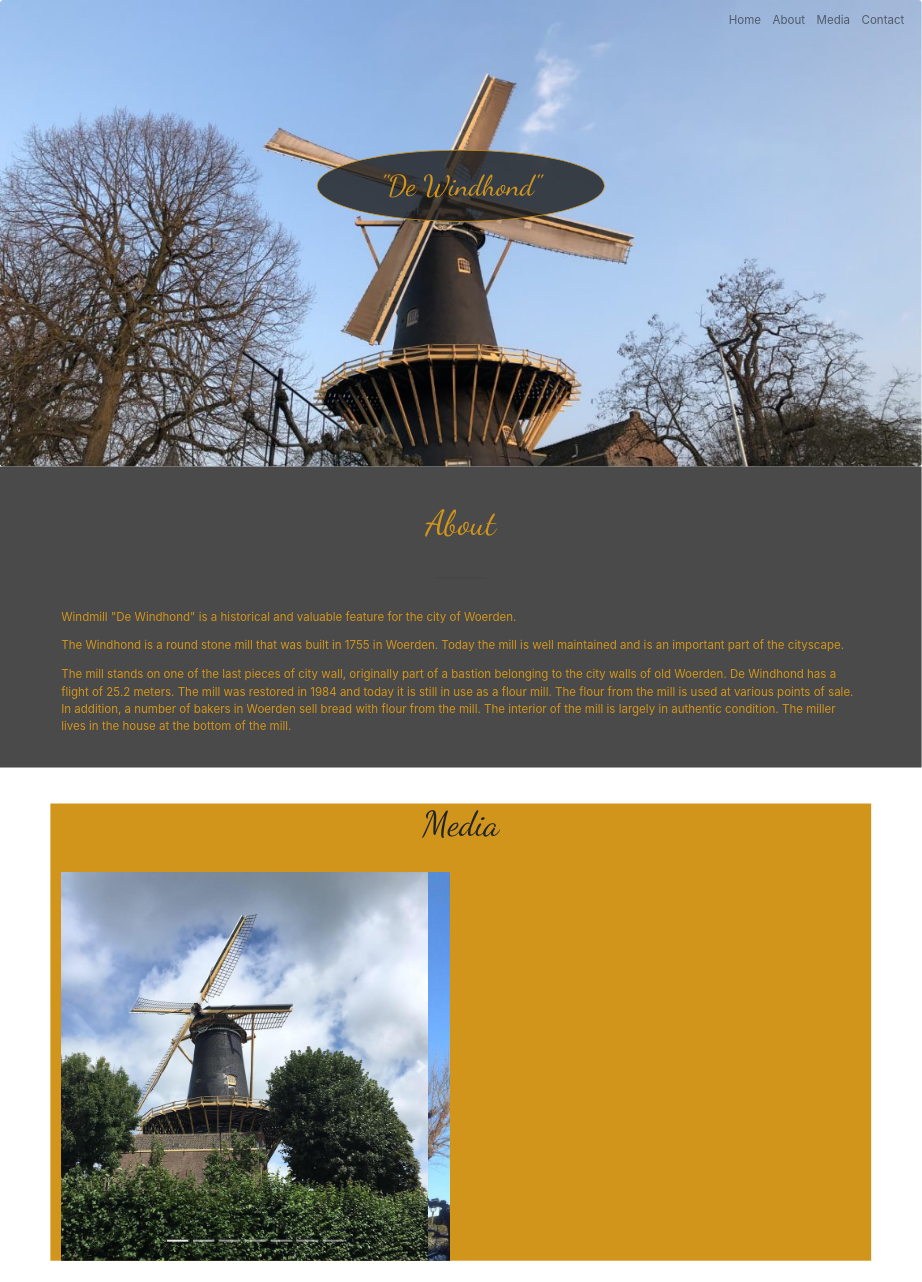
Repository: jdl208/DeWindhond
Page: index.html
The author's editor kept a record of every edit. The page is drawn from the files as they stood at one moment, then again after the next edit.
The browser window is 1280 px wide. The pictures show the whole page, at 72% of full size.
Pictures or frames that could not be fetched are drawn as grey boxes. Some web libraries are served in a nearby version.

Above is the page before.

### index.html
<!DOCTYPE html>
<html lang="en">

<head>
    <meta charset="UTF-8">
    <meta name="viewport" content="width=device-width, initial-scale=1.0">
    <meta http-equiv="X-UA-Compatible" content="ie=edge">
    <title>Windmill "De Windhond"</title>
    <link rel="stylesheet" href="https://stackpath.bootstrapcdn.com/bootstrap/4.3.1/css/bootstrap.min.css" integrity="sha384-ggOyR0iXCbMQv3Xipma34MD+dH/1fQ784/j6cY/iJTQUOhcWr7x9JvoRxT2MZw1T" crossorigin="anonymous">
    <link href="https://fonts.googleapis.com/css?family=Dancing+Script:400,700&display=swap" rel="stylesheet">
    <link rel="stylesheet" href="assets/css/style.css" type="text/css" />

</head>

<body>

    <!-- Header and Navigation-->

    <header class="jumbotron" id="home">
        <nav class="navbar fixed-top navbar-expand-lg navbar-light">
            <div class="navbar-brand" href="#"></div>
            <button class="navbar-toggler" type="button" data-toggle="collapse" data-target="#navbarTogglerDemo02" aria-controls="navbarTogglerDemo02" aria-expanded="false" aria-label="Toggle navigation">
                <span class="navbar-toggler-icon"></span>
            </button>

            <div class="collapse navbar-collapse" id="navbarTogglerDemo02">
                <ul class="navbar-nav ml-auto mt-2 mt-lg-0">
                    <li class="nav-item ml-auto">
                        <a class="nav-link" href="#home">Home <span class="sr-only">(current)</span></a>
                    </li>
                    <li class="nav-item ml-auto">
                        <a class="nav-link" href="#about">About</a>
                    </li>
                    <li class="nav-item ml-auto">
                        <a class="nav-link" href="#media">Media</a>
                    </li>
                    <li class="nav-item ml-auto">
                        <a class="nav-link" href="#contact">Contact</a>
                    </li>
                </ul>
            </div>
        </nav>
        <h1 class="name">"De Windhond"
        </h1>
    </header>

    <!-- About the Mill -->

    <section class="dark-bg-yellow-letters sectioncontainer" id="about">
        <div class="container about">
            <h2>About</h2>
            <hr>
            <p>Windmill "De Windhond" is a historical and valuable feature for the city of Woerden.</P>
            <p>The Windhond is a round stone mill that was built in 1755 in Woerden. Today the mill is well maintained and is an important part of the cityscape.</p>
            <p>The mill stands on one of the last pieces of city wall, originally part of a bastion belonging to the city walls of old Woerden. De Windhond has a flight of 25.2 meters. The mill was restored in 1984 and today it is still in use as a flour
                mill. The flour from the mill is used at various points of sale. In addition, a number of bakers in Woerden sell bread with flour from the mill. The interior of the mill is largely in authentic condition. The miller lives in the house
                at the bottom of the mill.
            </p>
        </div>
    </section>

    <section id="media" class="sectioncontainer">
        <div class="container mediabox">
            <H2>Media</H2>
            <div class="row">
                <div class="col-md-6 imagebox">
                    <div id="carouselExampleIndicators" class="carousel slide mediacarroussel" data-ride="carousel">
                        <ol class="carousel-indicators">
                            <li data-target="#carouselExampleIndicators" data-slide-to="0" class="active"></li>
                            <li data-target="#carouselExampleIndicators" data-slide-to="1"></li>
                            <li data-target="#carouselExampleIndicators" data-slide-to="2"></li>
                            <li data-target="#carouselExampleIndicators" data-slide-to="3"></li>
                            <li data-target="#carouselExampleIndicators" data-slide-to="4"></li>
                            <li data-target="#carouselExampleIndicators" data-slide-to="5"></li>
                            <li data-target="#carouselExampleIndicators" data-slide-to="6"></li>
                        </ol>
                        <div class="carousel-inner">
                            <div class="carousel-item active">
                                <img src="assets/images/img1.jpg" class="d-block" alt="...">
                            </div>
                            <div class="carousel-item">
                                <img src="assets/images/img2.jpg" class="d-block" alt="...">
                            </div>
                            <div class="carousel-item">
                                <img src="assets/images/img3.jpg" class="d-block" alt="...">
                            </div>
                            <div class="carousel-item">
                                <img src="assets/images/img4.jpg" class="d-block" alt="...">
                            </div>
                            <div class="carousel-item">
                                <img src="assets/images/img5.jpg" class="d-block" alt="...">
                            </div>
                            <div class="carousel-item">
                                <img src="assets/images/img6.jpg" class="d-block" alt="...">
                            </div>
                            <div class="carousel-item">
                                <img src="assets/images/img7.jpg" class="d-block" alt="...">
                            </div>
                        </div>
                        <a class="carousel-control-prev" href="#carouselExampleIndicators" role="button" data-slide="prev">
                        <span class="carousel-control-prev-icon" aria-hidden="true"></span>
                        <span class="sr-only">Previous</span>
                    </a>
                        <a class="carousel-control-next" href="#carouselExampleIndicators" role="button" data-slide="next">
                        <span class="carousel-control-next-icon" aria-hidden="true"></span>
                        <span class="sr-only">Next</span>
                    </a>
                    </div>
                </div>
                <div class="col-md-6">
                <iframe width="560" height="315" src="https://www.youtube.com/embed/lAjF5r5rAqM" frameborder="0" allow="accelerometer; autoplay; encrypted-media; gyroscope; picture-in-picture" allowfullscreen></iframe>
            </div>
        </div>
    </section>
    <section class="contact">

    </section>
    <footer>


    </footer>

    <script src="https://code.jquery.com/jquery-3.3.1.slim.min.js" integrity="sha384-q8i/X+965DzO0rT7abK41JStQIAqVgRVzpbzo5smXKp4YfRvH+8abtTE1Pi6jizo" crossorigin="anonymous"></script>
    <script src="https://cdnjs.cloudflare.com/ajax/libs/popper.js/1.14.7/umd/popper.min.js" integrity="sha384-UO2eT0CpHqdSJQ6hJty5KVphtPhzWj9WO1clHTMGa3JDZwrnQq4sF86dIHNDz0W1" crossorigin="anonymous"></script>
    <script src="https://stackpath.bootstrapcdn.com/bootstrap/4.3.1/js/bootstrap.min.js" integrity="sha384-JjSmVgyd0p3pXB1rRibZUAYoIIy6OrQ6VrjIEaFf/nJGzIxFDsf4x0xIM+B07jRM" crossorigin="anonymous"></script>
    <script src="https://kit.fontawesome.com/70761e8d6e.js"></script>

</body>

</html>

### assets/css/style.css
@import url('https://fonts.googleapis.com/css?family=Dancing+Script:400,700&display=swap');

/* ---------------------------------------------- Colors */

.dark-bg-yellow-letters {
    color: rgb(209, 149, 28);
    background-color: rgba(29, 29, 29, 0.8);
}

hr {
    width: 70px;
    height: 25px;
}

hr .yellow {
    background-color: rgb(209, 149, 28);
}

/* ---------------------------------------------- Heading */

h2,
h3 {
    font-family: "dancing script";
    text-align: center;
    font-size: 3rem;
    padding-bottom: 30px;
}

/* ---------------------------------------------- Header and navbar */

.navbar {
    background: none;
}

.navbar-light {
    color: rgba(29, 29, 29, 1);
}

.jumbotron {
    height: 90vh;
    background: url(../images/mill-outside-full.jpg);
    background-position: top;
    background-size: cover;
    background-repeat: no-repeat;
    margin-bottom: 0;
}

.name {
    color: rgb(209, 149, 28);
    background-color: rgba(29, 29, 29, 0.8);
    border: rgb(209, 149, 28) solid 1px;
    height: 100px;
    width: 400px;
    max-width: 75vw;
    padding-top: 25px;
    border-radius: 100%;
    margin: auto;
    margin-top: 20vh;
    text-align: center;
    font-family: "dancing script";
}

/* ---------------------------------------------- About */

/* ---------------------------------------------- Media */

.mediabox {
    background-color: rgb(209, 149, 28);
}

.carousel-item {
    height: 75vh;
    background-color: rgba(29, 29, 29, 0.8);
}

.sectioncontainer {
    padding-top: 50px;
    padding-bottom: 30px;
}

.carousel-item img {
    margin: auto;
    height: 75vh;
}

After the next edit:
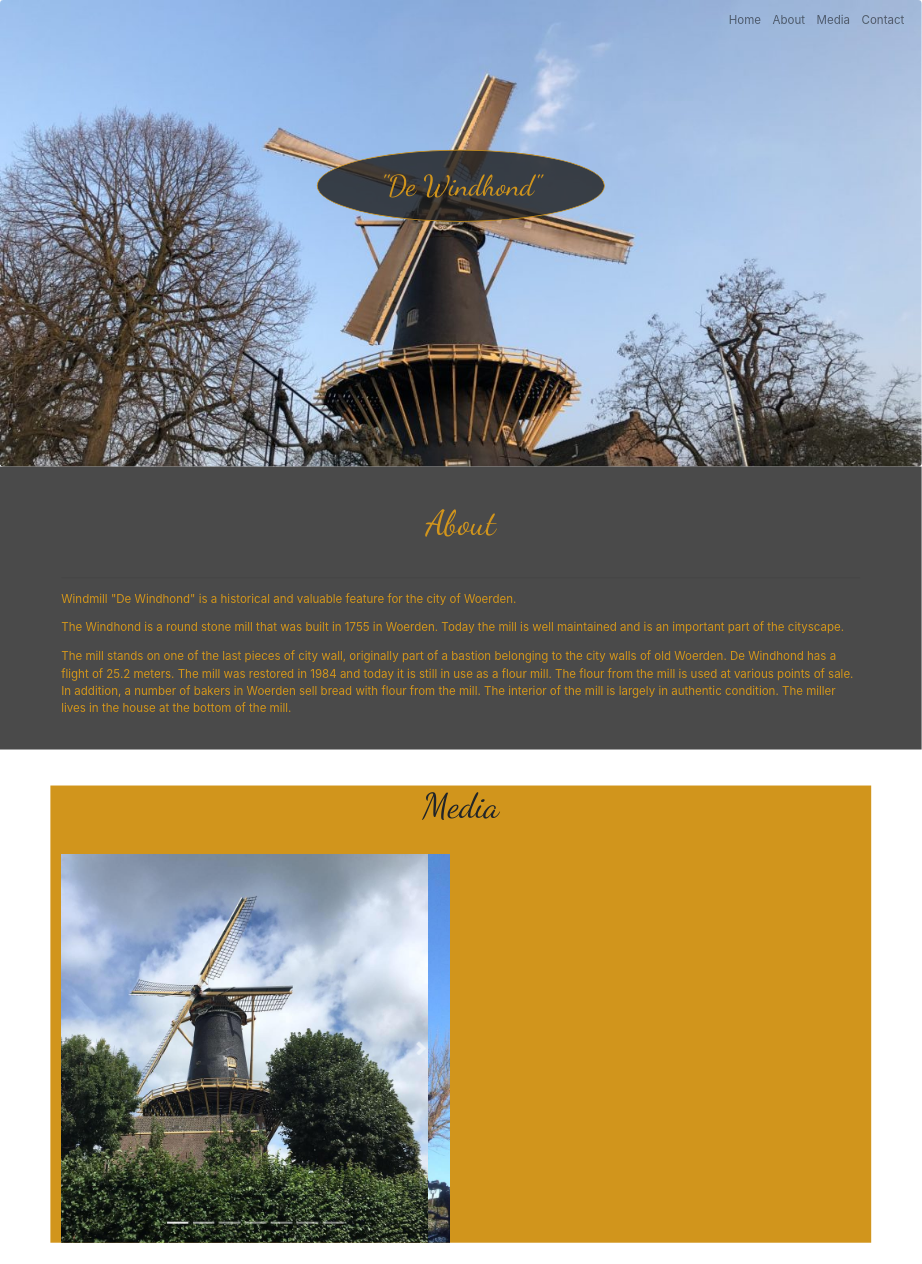
The edit:
--- a/assets/css/style.css
+++ b/assets/css/style.css
@@ -7,7 +7,7 @@
     background-color: rgba(29, 29, 29, 0.8);
 }
 
-hr {
+.block-divider {
     width: 70px;
     height: 25px;
 }
